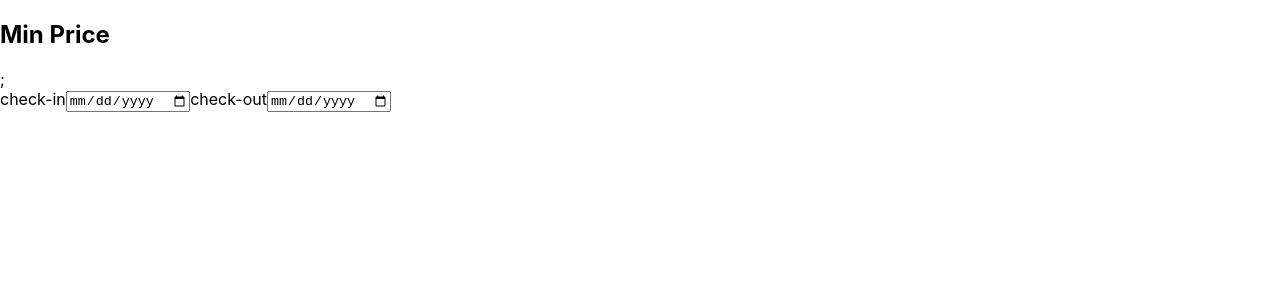
Repository: vsterev/il-test
Page: /min-price
An editor plug-in stored every save of this project. The page is shown before and after the next save, followed by the edit.
The browser window is 1280 px wide. The pictures show the whole page.
The project was rebuilt for these pictures with package versions that can differ from the ones it lists, and the page was loaded fresh each time. A package was used in the major version that the imports need, not the one package.json lists. Also part of the build but not shown: src/components/error/index.jsx.

Above is the page before, as saved 2021-04-27 07:07:00.

After the next save:
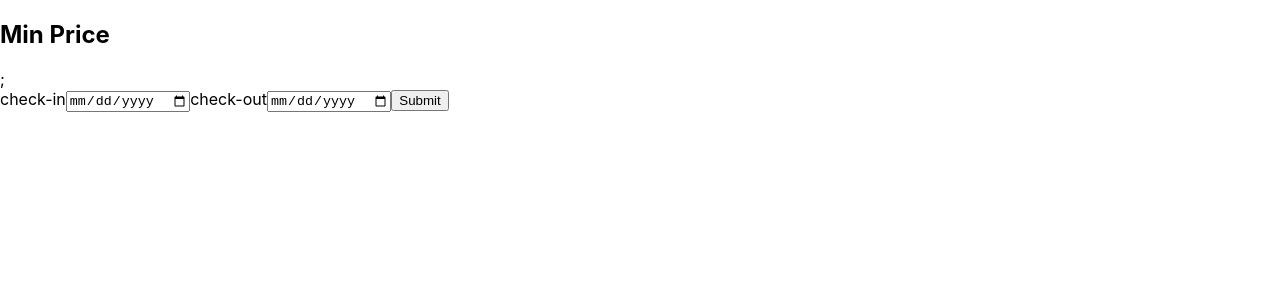
Saved 12 min 7 s later.
--- a/src/components/minPrice/index.jsx
+++ b/src/components/minPrice/index.jsx
@@ -4,7 +4,7 @@ const MinPrice = () => {
   return (
     <React.Fragment>
       <h2>Min Price</h2>;
-      <form>
+      <form onSubmit={console.log(details)}>
         <label htmlFor="checkIn">check-in</label>
         <input type="date" id="checkIn"></input>
         <label htmlFor="checkOut">check-out</label>
@@ -13,6 +13,7 @@ const MinPrice = () => {
           id="checkOut"
           value={details.checkOut}
           onChange={(e) => setDetails({ ...details, checkOut: e.target.value })}></input>
+        <button>Submit</button>
       </form>
     </React.Fragment>
   );
